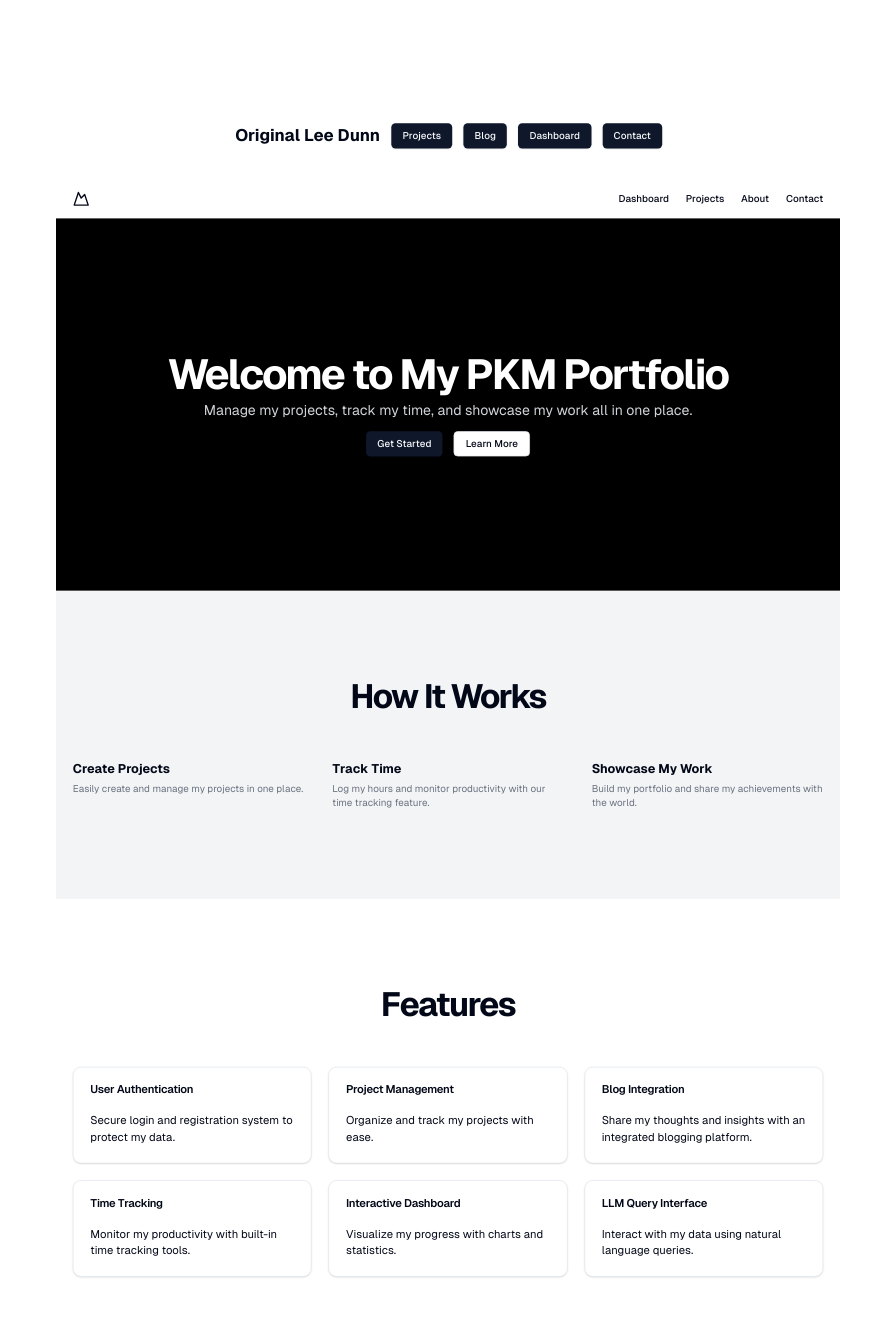
Repository: OriginalLeeDunn/pkm-portfolio
Page: /
These files come from the project's save history. The page is drawn as it stood at one moment and after the next save; the edit follows.
The browser window is 1280 px wide. The pictures show the part of the page from y = 0 to 1920 px (the page is 3619 px tall), at 70% of full size.
The project was rebuilt for these pictures with package versions that can differ from the ones it lists, and the page was loaded fresh each time. The framework's server and built-in components were replaced by stand-ins that run in the browser. Also part of the build but not shown: next.config.mjs.

Above is the page before, as saved 2024-10-16 08:47:53.

After the next save:
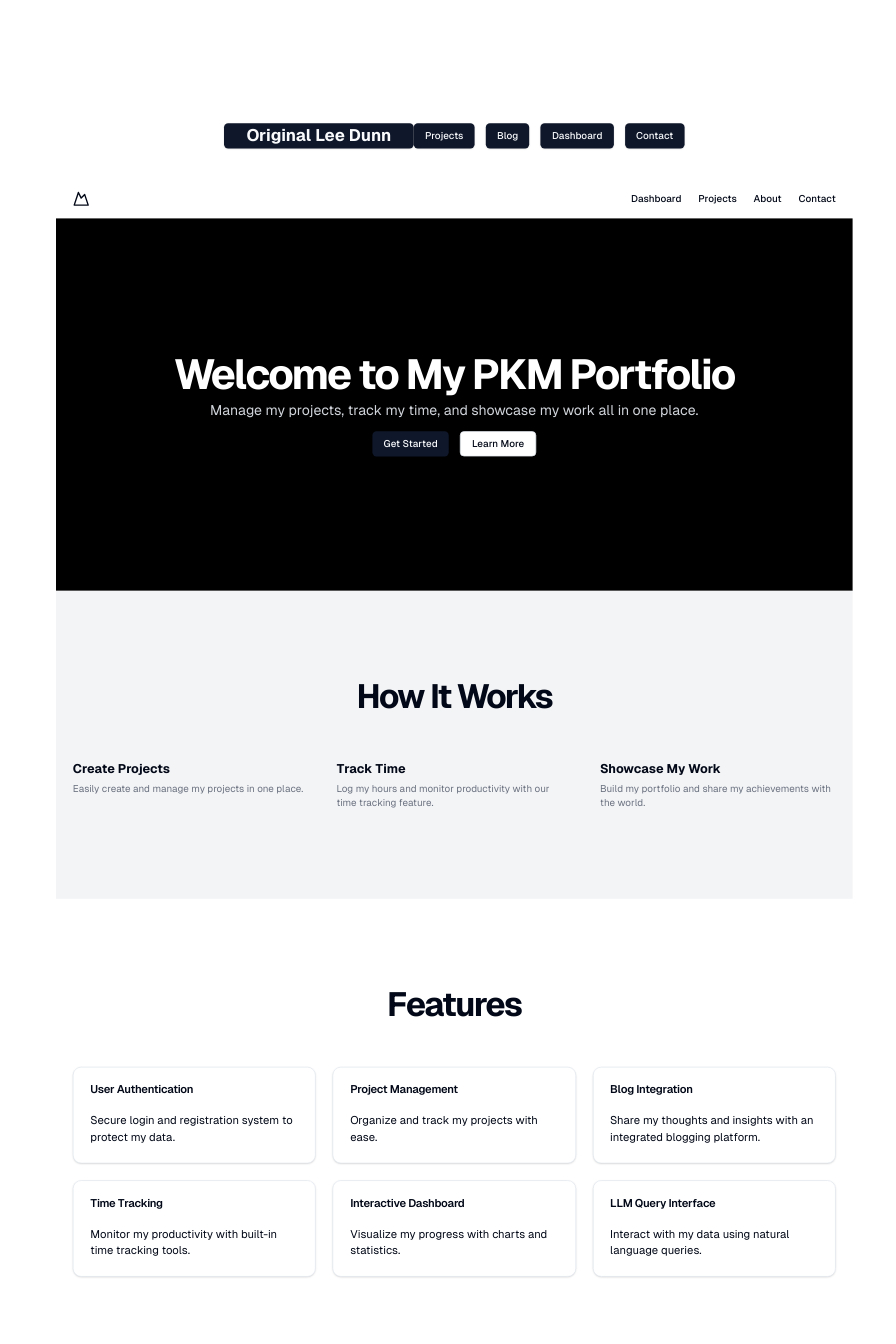
Saved 75 s later.
--- a/src/components/Header.tsx
+++ b/src/components/Header.tsx
@@ -5,9 +5,11 @@ export default function Header() {
   return (
     <header className="w-full py-3 px-20 bg-background items-center">
       <div className="container mx-auto flex justify-between px-40 items-center">
+        <Button>
         <Link href="/" className="text-2xl font-bold px-4">
           Original Lee Dunn
         </Link>
+        </Button>
         <nav>
           <ul className="flex space-x-4">
             <li><Button asChild><Link href="/projects">Projects</Link></Button></li>
